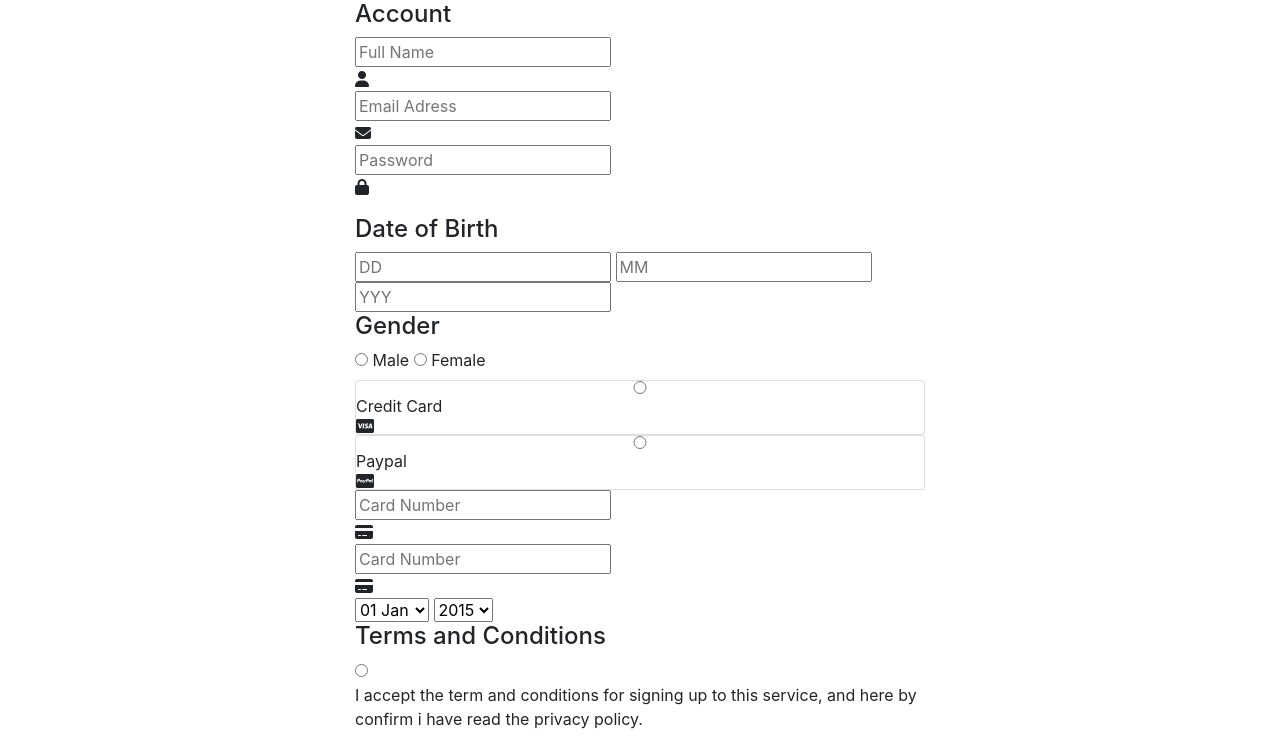
Repository: letrongtinh27/LapTrinhWeb
Page: Payment/index.html
The author's editor kept a copy of each file at every save. The page is drawn from the files as they stood at one save, then again after the next save.
The browser window is 1280 px wide. The pictures show the whole page.

Above is the page before, as saved 2022-10-11 20:19:31.

### Payment/index.html
<!DOCTYPE html>
<html lang="en">
<head>
    <meta charset="UTF-8">
    <meta http-equiv="X-UA-Compatible" content="IE=edge">
    <meta name="viewport" content="width=device-width, initial-scale=1.0">
    <title>Document</title>
    <link rel="stylesheet" href="./reset.css">
    <link rel="stylesheet" href="./style.css">
    <link rel="stylesheet" href="https://cdn.jsdelivr.net/npm/bootstrap@4.3.1/dist/css/bootstrap.min.css" integrity="sha384-ggOyR0iXCbMQv3Xipma34MD+dH/1fQ784/j6cY/iJTQUOhcWr7x9JvoRxT2MZw1T" crossorigin="anonymous">
    <link rel="stylesheet" href="https://cdnjs.cloudflare.com/ajax/libs/font-awesome/6.2.0/css/all.min.css" integrity="sha512-xh6O/CkQoPOWDdYTDqeRdPCVd1SpvCA9XXcUnZS2FmJNp1coAFzvtCN9BmamE+4aHK8yyUHUSCcJHgXloTyT2A==" crossorigin="anonymous" referrerpolicy="no-referrer" />
</head>
<body>
    <div class="payment">
        <form action="#" class="form-payment">
            <h4 class="title">Account</h4>
            <div class="form-group">
            <div class="form-item">
                <input type="text" placeholder="Full Name">
                <div class="icon">
                    <i class="fa-solid fa-user"></i>
                </div>
            </div>
            <div class="form-item">
                <input type="email" placeholder="Email Adress">
                <div class="icon">
                    <i class="fa-solid fa-envelope"></i>
                </div>
            </div>
            <div class="form-item">
                <input type="password" placeholder="Password">
                <div class="icon">
                    <i class="fa-solid fa-lock"></i>
                </div>
            </div>
        </div>
            <div class="form-group2">
                <div class="group-left">
                <h4 class="title">Date of Birth</h4>
                <div class="form-item">
                    <input type="number" placeholder="DD">
                    <input type="number" placeholder="MM">
                    <input type="number" placeholder="YYY">
                </div>
            </div>
            <div class="group-right">
                <h4 class="title">Gender</h4>
                <div class="form-item">
                    <input type="radio" placeholder="DD">
                    <label for="">Male</label>
                    <input type="radio" placeholder="MM">
                    <label for="">Female</label>
                </div>
            </div>
            <div class="form-item">
                <div class="card">
                    <input type="radio"> Credit Card
                    <i class="fa-brands fa-cc-visa"></i>
                </div>
                <div class="card">
                    <input type="radio"> Paypal
                    <i class="fa-brands fa-cc-paypal"></i>
                </div>
                </div>
                <div class="form-item">
                    <input type="text" placeholder="Card Number">
                    <div class="icon">
                        <i class="fa-solid fa-credit-card"></i>
                    </div>
                </div>
                <div class="form-item">
                   <div class="right">
                    <input type="text" placeholder="Card Number">
                    <div class="icon">
                        <i class="fa-solid fa-credit-card"></i>
                    </div>
                   </div>
                   <div class="left">
                    <select name="" id="">
                        <option value="">01 Jan</option>
                        <option value="">02 Jan</option>
                    </select>
                    <select name="" id="">
                        <option value="">2015</option>
                        <option value="">2016</option>
                    </select>
                   </div>
                </div>
                <div class="form-item">
                    <h4 class="title">Terms and Conditions</h4>
                    <input type="radio">
                    <label for="">I accept the term and conditions for signing up to this service, and here by confirm i have read the privacy policy.</label>
                </div>
            </div>
            </div>
        </form>
    </div>
</body>
</html>

### Payment/style.css
/* https://codepen.io/josecarneiro/pen/Kwbapp @import: "libs/base.less"; */
body {
    font-family: 'Open Sans',sans-serif;
    background-color: black;
}
.payment{
    width: 100%;
    max-width: 570px;
    margin: 0 auto;
    justify-content: center;
    align-items: center;
    display: flex;
}
.form-payment{

}
.title{

}
.form-group{

}
.form-item{

}
.icon{

}
.fa-solid{

}
.fa-user{

}
.fa-envelope{

}
.fa-lock{

}
.form-group2{

}
.group-left{

}
.group-right{

}
.card{

}
.fa-brands{

}
.fa-cc-visa{

}
.fa-cc-paypal{

}
.fa-credit-card{

}
.right{

}
.left{

}

Loaded but not shown: Payment/reset.css (common file)

After the next save:
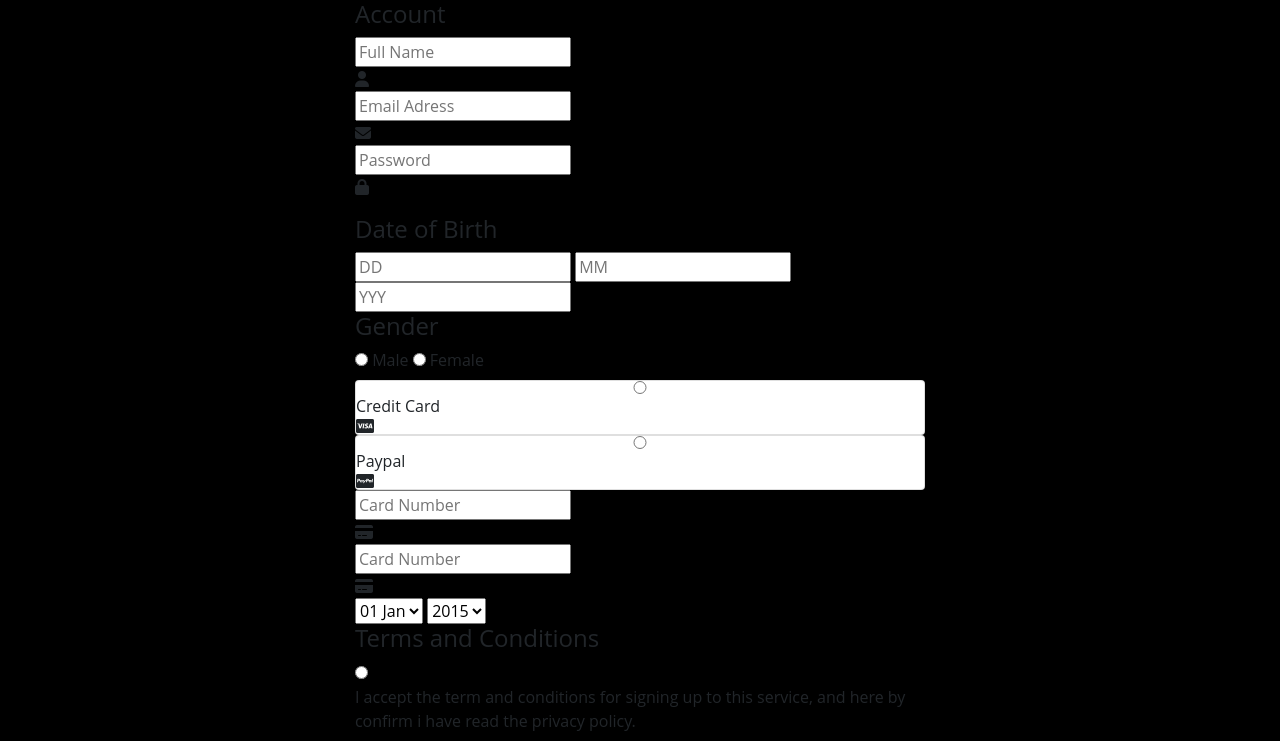
Saved 34 s later.
--- a/Payment/style.css
+++ b/Payment/style.css
@@ -1,7 +1,7 @@
 /* https://codepen.io/josecarneiro/pen/Kwbapp @import: "libs/base.less"; */
 body {
-    font-family: 'Open Sans',sans-serif;
-    background-color: black;
+    font-family: 'Open Sans',sans-serif !important;
+    background-color: black !important;
 }
 .payment{
     width: 100%;
